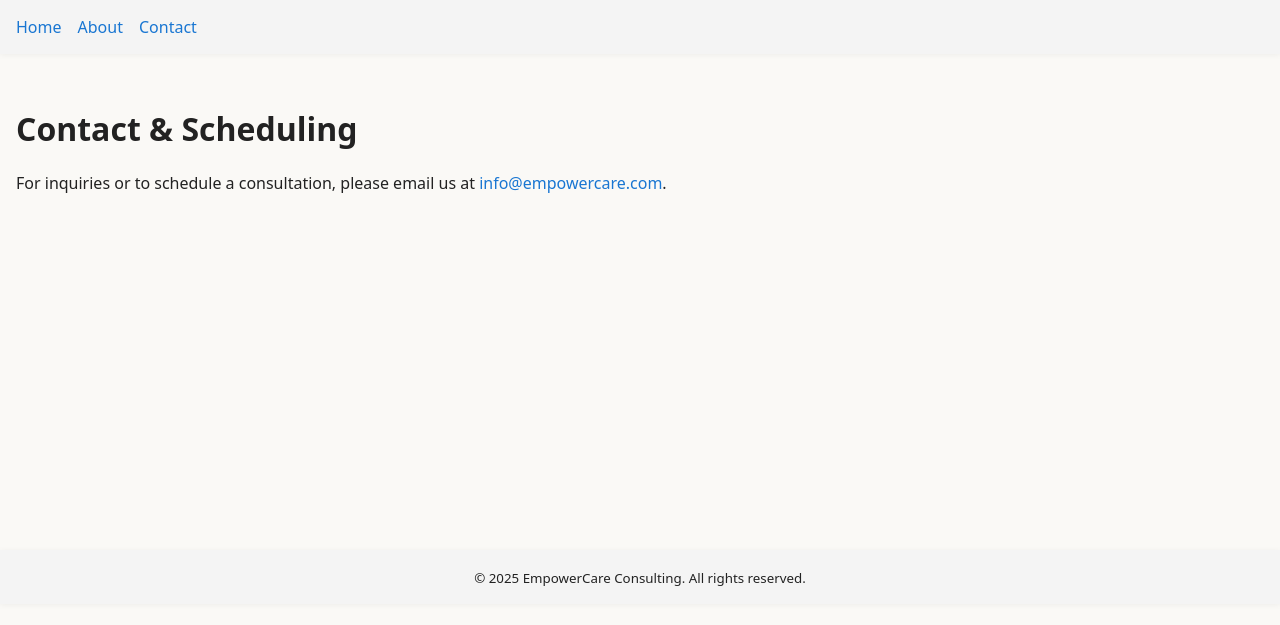
Repository: mcamarco/empowercare
Page: /contact
These files come from the project's save history. The page is drawn as it stood at one moment and after the next save; the edit follows.
The browser window is 1280 px wide. The pictures show the whole page.
The project was rebuilt for these pictures with package versions that can differ from the ones it lists, and the page was loaded fresh each time. The framework's server and built-in components were replaced by stand-ins that run in the browser. Also part of the build but not shown: next.config.ts.

Above is the page before, as saved 2025-05-16 15:02:28.

### src/app/layout.tsx
import Link from "next/link";
import "./globals.css";

export const metadata = {
  title: "EmpowerCare Consulting",
  description: "Consulting and education services",
};

export default function RootLayout({ children }: { children: React.ReactNode }) {
  return (
    <html lang="en">
      <body>
        <header style={{ padding: "1rem", background: "#f4f4f4" }}>
          <nav>
            <Link href="/" style={{ marginRight: "1rem" }}>Home</Link>
            <Link href="/about" style={{ marginRight: "1rem" }}>About</Link>
            <Link href="/contact">Contact</Link>
          </nav>
        </header>
        <main style={{ minHeight: "60vh", padding: "2rem 1rem" }}>
          {children}
        </main>
        <footer style={{ padding: "1rem", background: "#f4f4f4", textAlign: "center" }}>
          <small>&copy; {new Date().getFullYear()} EmpowerCare Consulting. All rights reserved.</small>
        </footer>
      </body>
    </html>
  );
}

### src/app/contact/page.tsx
export default function Contact() {
  return (
    <main>
      <h1>Contact & Scheduling</h1>
      <p>For inquiries or to schedule a consultation, please email us at <a href="mailto:Rebecca@empowercareadvocacy.com">info@empowercare.com</a>.</p>
    </main>
  );
}

### src/app/globals.css
body {
  margin: 0;
  font-family: system-ui, sans-serif;
  background: #faf9f6;
  color: #222;
}

a {
  text-decoration: none;
  color: #1976d2;
}

a:hover {
  text-decoration: underline;
}

header, footer {
  box-shadow: 0 1px 6px rgba(0,0,0,0.05);
}

After the next save:
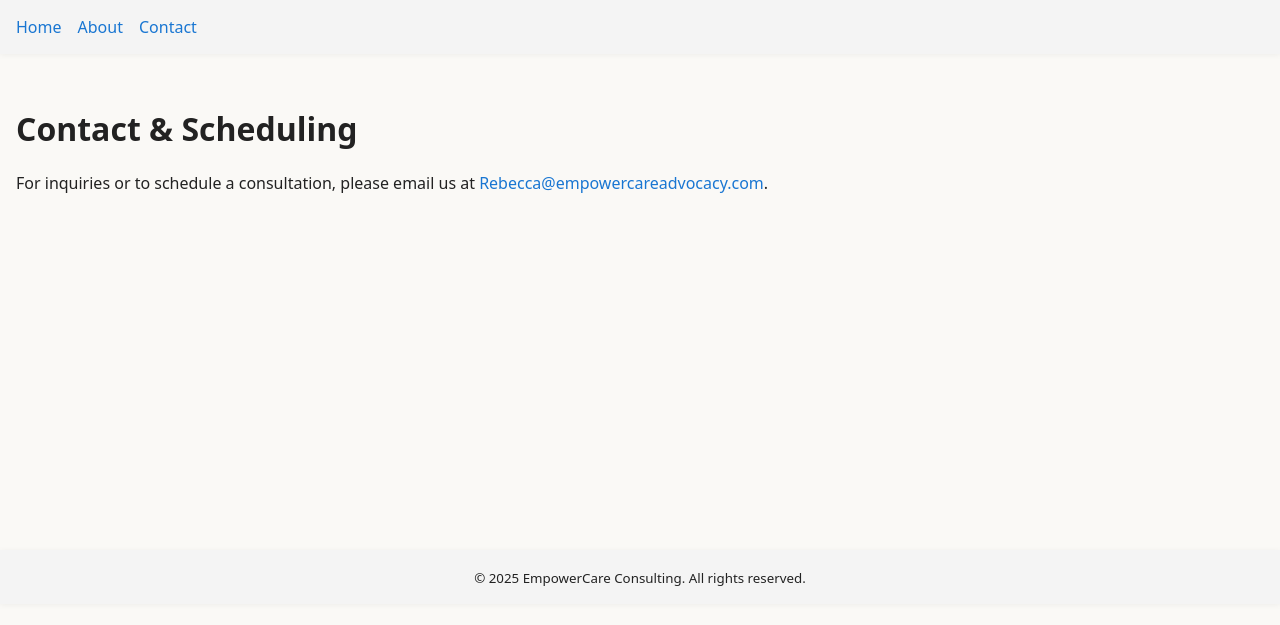
Saved 9 s later.
--- a/src/app/contact/page.tsx
+++ b/src/app/contact/page.tsx
@@ -2,7 +2,7 @@ export default function Contact() {
   return (
     <main>
       <h1>Contact & Scheduling</h1>
-      <p>For inquiries or to schedule a consultation, please email us at <a href="mailto:Rebecca@empowercareadvocacy.com">info@empowercare.com</a>.</p>
+      <p>For inquiries or to schedule a consultation, please email us at <a href="mailto:Rebecca@empowercareadvocacy.com">Rebecca@empowercareadvocacy.com</a>.</p>
     </main>
   );
 }
